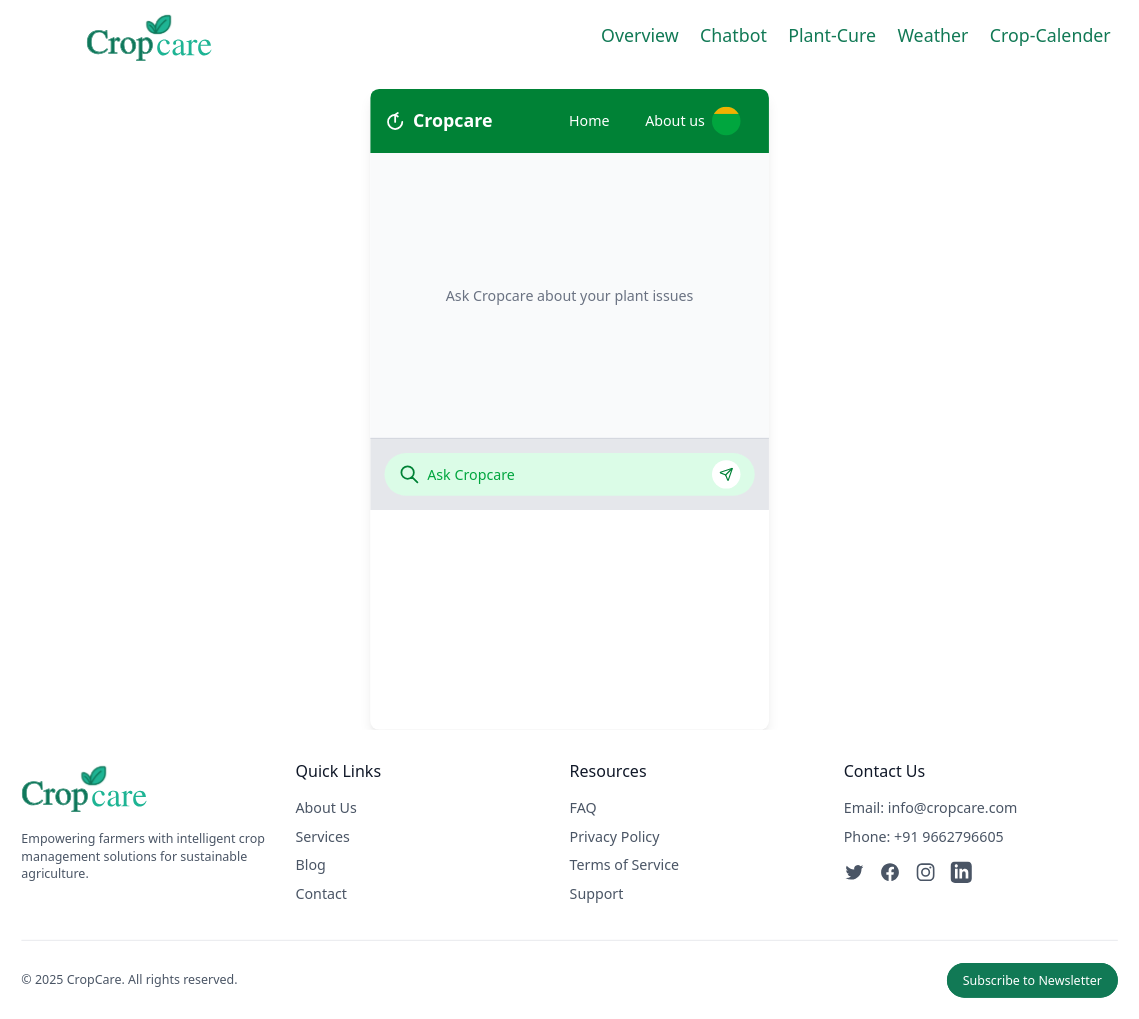
Repository: VishwaaBhavsar/Cropcare
Page: /services/chat
The author's editor kept a copy of each file at every save. The page is drawn from the files as they stood at one save, then again after the next save.
The browser window is 1280 px wide. The pictures show the whole page, at 89% of full size.
The project was rebuilt for these pictures with package versions that can differ from the ones it lists, and the page was loaded fresh each time. The framework's server and built-in components were replaced by stand-ins that run in the browser. Also part of the build but not shown: next.config.mjs, src/components/HeroNav.jsx.

Above is the page before, as saved 2025-04-20 10:26:24.

### src/app/layout.js


import { Geist, Geist_Mono } from "next/font/google";
import "./globals.css";
import HeroNav from "@/components/HeroNav";
import HeroFooter from "@/components/HeroFooter";

const geistSans = Geist({
  variable: "--font-geist-sans",
  subsets: ["latin"],
});

const geistMono = Geist_Mono({
  variable: "--font-geist-mono",
  subsets: ["latin"],
});

export const metadata = {
  title: "Create Next App",
  description: "Generated by create next app",
};

export default function RootLayout({ children }) {
  return (
    <html lang="en">
      <body
        className={`${geistSans.variable} ${geistMono.variable} antialiased`}
      >
        <HeroNav/>
        {children}
        <HeroFooter/>
      </body>
    </html>
  );
}

### src/app/services/layout.js

import HeroFooter from "@/components/HeroFooter";
import Navbar from "@/components/Navbar";



export default function ServiceLayout({ children }) {
  return (

      <>
        <Navbar/>
        {children}

      </>

  );
}

### src/app/services/chat/page.js
import Chat from "@/pages/Chat";

const page = () => {
    return (
        <div>
            <Chat/>
        </div>
    );
}

export default page;

### src/app/globals.css
@import "tailwindcss";


@custom-variant dark (&:is(.dark *));

@theme inline {
  --color-background: var(--background);
  --color-foreground: var(--foreground);
  --font-sans: var(--font-geist-sans);
  --font-mono: var(--font-geist-mono);
  --color-sidebar-ring: var(--sidebar-ring);
  --color-sidebar-border: var(--sidebar-border);
  --color-sidebar-accent-foreground: var(--sidebar-accent-foreground);
  --color-sidebar-accent: var(--sidebar-accent);
  --color-sidebar-primary-foreground: var(--sidebar-primary-foreground);
  --color-sidebar-primary: var(--sidebar-primary);
  --color-sidebar-foreground: var(--sidebar-foreground);
  --color-sidebar: var(--sidebar);
  --color-chart-5: var(--chart-5);
  --color-chart-4: var(--chart-4);
  --color-chart-3: var(--chart-3);
  --color-chart-2: var(--chart-2);
  --color-chart-1: var(--chart-1);
  --color-ring: var(--ring);
  --color-input: var(--input);
  --color-border: var(--border);
  --color-destructive: var(--destructive);
  --color-accent-foreground: var(--accent-foreground);
  --color-accent: var(--accent);
  --color-muted-foreground: var(--muted-foreground);
  --color-muted: var(--muted);
  --color-secondary-foreground: var(--secondary-foreground);
  --color-secondary: var(--secondary);
  --color-primary-foreground: var(--primary-foreground);
  --color-primary: var(--primary);
  --color-popover-foreground: var(--popover-foreground);
  --color-popover: var(--popover);
  --color-card-foreground: var(--card-foreground);
  --color-card: var(--card);
  --radius-sm: calc(var(--radius) - 4px);
  --radius-md: calc(var(--radius) - 2px);
  --radius-lg: var(--radius);
  --radius-xl: calc(var(--radius) + 4px);
  --animate-accordion-down: accordion-down 0.2s ease-out;
  --animate-accordion-up: accordion-up 0.2s ease-out;

  @keyframes accordion-down {
    from {
      height: 0;
    }
    to {
      height: var(--radix-accordion-content-height);
    }
  }

  @keyframes accordion-up {
    from {
      height: var(--radix-accordion-content-height);
    }
    to {
      height: 0;
    }
  }
}

:root {
  --radius: 0.625rem;
  --background: oklch(1 0 0);
  --foreground: oklch(0.141 0.005 285.823);
  --card: oklch(1 0 0);
  --card-foreground: oklch(0.141 0.005 285.823);
  --popover: oklch(1 0 0);
  --popover-foreground: oklch(0.141 0.005 285.823);
  --primary: oklch(0.21 0.006 285.885);
  --primary-foreground: oklch(0.985 0 0);
  --secondary: oklch(0.967 0.001 286.375);
  --secondary-foreground: oklch(0.21 0.006 285.885);
  --muted: oklch(0.967 0.001 286.375);
  --muted-foreground: oklch(0.552 0.016 285.938);
  --accent: oklch(0.967 0.001 286.375);
  --accent-foreground: oklch(0.21 0.006 285.885);
  --destructive: oklch(0.577 0.245 27.325);
  --border: oklch(0.92 0.004 286.32);
  --input: oklch(0.92 0.004 286.32);
  --ring: oklch(0.705 0.015 286.067);
  --chart-1: oklch(0.646 0.222 41.116);
  --chart-2: oklch(0.6 0.118 184.704);
  --chart-3: oklch(0.398 0.07 227.392);
  --chart-4: oklch(0.828 0.189 84.429);
  --chart-5: oklch(0.769 0.188 70.08);
  --sidebar: oklch(0.985 0 0);
  --sidebar-foreground: oklch(0.141 0.005 285.823);
  --sidebar-primary: oklch(0.21 0.006 285.885);
  --sidebar-primary-foreground: oklch(0.985 0 0);
  --sidebar-accent: oklch(0.967 0.001 286.375);
  --sidebar-accent-foreground: oklch(0.21 0.006 285.885);
  --sidebar-border: oklch(0.92 0.004 286.32);
  --sidebar-ring: oklch(0.705 0.015 286.067);
}

.dark {
  --background: oklch(0.141 0.005 285.823);
  --foreground: oklch(0.985 0 0);
  --card: oklch(0.21 0.006 285.885);
  --card-foreground: oklch(0.985 0 0);
  --popover: oklch(0.21 0.006 285.885);
  --popover-foreground: oklch(0.985 0 0);
  --primary: oklch(0.92 0.004 286.32);
  --primary-foreground: oklch(0.21 0.006 285.885);
  --secondary: oklch(0.274 0.006 286.033);
  --secondary-foreground: oklch(0.985 0 0);
  --muted: oklch(0.274 0.006 286.033);
  --muted-foreground: oklch(0.705 0.015 286.067);
  --accent: oklch(0.274 0.006 286.033);
  --accent-foreground: oklch(0.985 0 0);
  --destructive: oklch(0.704 0.191 22.216);
  --border: oklch(1 0 0 / 10%);
  --input: oklch(1 0 0 / 15%);
  --ring: oklch(0.552 0.016 285.938);
  --chart-1: oklch(0.488 0.243 264.376);
  --chart-2: oklch(0.696 0.17 162.48);
  --chart-3: oklch(0.769 0.188 70.08);
  --chart-4: oklch(0.627 0.265 303.9);
  --chart-5: oklch(0.645 0.246 16.439);
  --sidebar: oklch(0.21 0.006 285.885);
  --sidebar-foreground: oklch(0.985 0 0);
  --sidebar-primary: oklch(0.488 0.243 264.376);
  --sidebar-primary-foreground: oklch(0.985 0 0);
  --sidebar-accent: oklch(0.274 0.006 286.033);
  --sidebar-accent-foreground: oklch(0.985 0 0);
  --sidebar-border: oklch(1 0 0 / 10%);
  --sidebar-ring: oklch(0.552 0.016 285.938);
}

@layer base {
  * {
    @apply border-border outline-ring/50;
  }
  body {
    @apply bg-background text-foreground;
  }
}

### src/components/HeroFooter.jsx
import Link from "next/link";

const Footer = () => {
  const currentYear = new Date().getFullYear();

  return (
    <footer className="bg-white dark:bg-gray-800 mt-auto">
      <div className="container mx-auto px-6 py-8">
        <div className="flex flex-col md:flex-row justify-between">
          {/* Logo and company description */}
          <div className="mb-6 md:mb-0 md:w-1/4">
            <Link href="/">
              <img src="/logo.svg" className="h-16 bg-transparent mb-4" alt="CropCare Logo" />
            </Link>
            <p className="text-gray-600 dark:text-gray-300 text-sm">
              Empowering farmers with intelligent crop management solutions for sustainable agriculture.
            </p>
          </div>

          {/* Quick Links */}
          <div className="md:w-1/4 mb-6 md:mb-0">
            <h3 className="text-lg font-medium text-gray-900 dark:text-white mb-4">Quick Links</h3>
            <ul>
              <li className="mb-2">
                <Link href="/about" className="text-gray-600 dark:text-gray-300 hover:text-[#117955] hover:underline">About Us</Link>
              </li>
              <li className="mb-2">
                <Link href="/services" className="text-gray-600 dark:text-gray-300 hover:text-[#117955] hover:underline">Services</Link>
              </li>
              <li className="mb-2">
                <Link href="/blog" className="text-gray-600 dark:text-gray-300 hover:text-[#117955] hover:underline">Blog</Link>
              </li>
              <li className="mb-2">
                <Link href="/contact" className="text-gray-600 dark:text-gray-300 hover:text-[#117955] hover:underline">Contact</Link>
              </li>
            </ul>
          </div>

          {/* Resources */}
          <div className="md:w-1/4 mb-6 md:mb-0">
            <h3 className="text-lg font-medium text-gray-900 dark:text-white mb-4">Resources</h3>
            <ul>
              <li className="mb-2">
                <Link href="/faq" className="text-gray-600 dark:text-gray-300 hover:text-[#117955] hover:underline">FAQ</Link>
              </li>
              <li className="mb-2">
                <Link href="/privacy" className="text-gray-600 dark:text-gray-300 hover:text-[#117955] hover:underline">Privacy Policy</Link>
              </li>
              <li className="mb-2">
                <Link href="/terms" className="text-gray-600 dark:text-gray-300 hover:text-[#117955] hover:underline">Terms of Service</Link>
              </li>
              <li className="mb-2">
                <Link href="/support" className="text-gray-600 dark:text-gray-300 hover:text-[#117955] hover:underline">Support</Link>
              </li>
            </ul>
          </div>

          {/* Contact Info */}
          <div className="md:w-1/4">
            <h3 className="text-lg font-medium text-gray-900 dark:text-white mb-4">Contact Us</h3>
            <p className="text-gray-600 dark:text-gray-300 mb-2">Email: info@cropcare.com</p>
            <p className="text-gray-600 dark:text-gray-300 mb-2">Phone: +91 9662796605</p>
            <div className="flex mt-4">
              <a href="#" className="mr-4 text-gray-600 hover:text-[#117955]">
                <span className="sr-only">Twitter</span>
                <svg className="h-6 w-6" fill="currentColor" viewBox="0 0 24 24">
                  <path d="M8.29 20.251c7.547 0 11.675-6.253 11.675-11.675 0-.178 0-.355-.012-.53A8.348 8.348 0 0022 5.92a8.19 8.19 0 01-2.357.646 4.118 4.118 0 001.804-2.27 8.224 8.224 0 01-2.605.996 4.107 4.107 0 00-6.993 3.743 11.65 11.65 0 01-8.457-4.287 4.106 4.106 0 001.27 5.477A4.072 4.072 0 012.8 9.713v.052a4.105 4.105 0 003.292 4.022 4.095 4.095 0 01-1.853.07 4.108 4.108 0 003.834 2.85A8.233 8.233 0 012 18.407a11.616 11.616 0 006.29 1.84"></path>
                </svg>
              </a>
              <a href="#" className="mr-4 text-gray-600 hover:text-[#117955]">
                <span className="sr-only">Facebook</span>
                <svg className="h-6 w-6" fill="currentColor" viewBox="0 0 24 24">
                  <path fillRule="evenodd" d="M22 12c0-5.523-4.477-10-10-10S2 6.477 2 12c0 4.991 3.657 9.128 8.438 9.878v-6.987h-2.54V12h2.54V9.797c0-2.506 1.492-3.89 3.777-3.89 1.094 0 2.238.195 2.238.195v2.46h-1.26c-1.243 0-1.63.771-1.63 1.562V12h2.773l-.443 2.89h-2.33v6.988C18.343 21.128 22 16.991 22 12z" clipRule="evenodd"></path>
                </svg>
              </a>
              <a href="#" className="mr-4 text-gray-600 hover:text-[#117955]">
                <span className="sr-only">Instagram</span>
                <svg className="h-6 w-6" fill="currentColor" viewBox="0 0 24 24">
                  <path fillRule="evenodd" d="M12.315 2c2.43 0 2.784.013 3.808.06 1.064.049 1.791.218 2.427.465a4.902 4.902 0 011.772 1.153 4.902 4.902 0 011.153 1.772c.247.636.416 1.363.465 2.427.048 1.067.06 1.407.06 4.123v.08c0 2.643-.012 2.987-.06 4.043-.049 1.064-.218 1.791-.465 2.427a4.902 4.902 0 01-1.153 1.772 4.902 4.902 0 01-1.772 1.153c-.636.247-1.363.416-2.427.465-1.067.048-1.407.06-4.123.06h-.08c-2.643 0-2.987-.012-4.043-.06-1.064-.049-1.791-.218-2.427-.465a4.902 4.902 0 01-1.772-1.153 4.902 4.902 0 01-1.153-1.772c-.247-.636-.416-1.363-.465-2.427-.047-1.024-.06-1.379-.06-3.808v-.63c0-2.43.013-2.784.06-3.808.049-1.064.218-1.791.465-2.427a4.902 4.902 0 011.153-1.772A4.902 4.902 0 015.45 2.525c.636-.247 1.363-.416 2.427-.465C8.901 2.013 9.256 2 11.685 2h.63zm-.081 1.802h-.468c-2.456 0-2.784.011-3.807.058-.975.045-1.504.207-1.857.344-.467.182-.8.398-1.15.748-.35.35-.566.683-.748 1.15-.137.353-.3.882-.344 1.857-.047 1.023-.058 1.351-.058 3.807v.468c0 2.456.011 2.784.058 3.807.045.975.207 1.504.344 1.857.182.466.399.8.748 1.15.35.35.683.566 1.15.748.353.137.882.3 1.857.344 1.054.048 1.37.058 4.041.058h.08c2.597 0 2.917-.01 3.96-.058.976-.045 1.505-.207 1.858-.344.466-.182.8-.398 1.15-.748.35-.35.566-.683.748-1.15.137-.353.3-.882.344-1.857.048-1.055.058-1.37.058-4.041v-.08c0-2.597-.01-2.917-.058-3.96-.045-.976-.207-1.505-.344-1.858a3.097 3.097 0 00-.748-1.15 3.098 3.098 0 00-1.15-.748c-.353-.137-.882-.3-1.857-.344-1.023-.047-1.351-.058-3.807-.058zM12 6.865a5.135 5.135 0 110 10.27 5.135 5.135 0 010-10.27zm0 1.802a3.333 3.333 0 100 6.666 3.333 3.333 0 000-6.666zm5.338-3.205a1.2 1.2 0 110 2.4 1.2 1.2 0 010-2.4z" clipRule="evenodd"></path>
                </svg>
              </a>
              <a href="#" className="text-gray-600 hover:text-[#117955]">
                <span className="sr-only">LinkedIn</span>
                <svg className="h-6 w-6" fill="currentColor" viewBox="0 0 24 24">
                  <path d="M19 0h-14c-2.761 0-5 2.239-5 5v14c0 2.761 2.239 5 5 5h14c2.762 0 5-2.239 5-5v-14c0-2.761-2.238-5-5-5zm-11 19h-3v-11h3v11zm-1.5-12.268c-.966 0-1.75-.79-1.75-1.764s.784-1.764 1.75-1.764 1.75.79 1.75 1.764-.783 1.764-1.75 1.764zm13.5 12.268h-3v-5.604c0-3.368-4-3.113-4 0v5.604h-3v-11h3v1.765c1.396-2.586 7-2.777 7 2.476v6.759z"></path>
                </svg>
              </a>
            </div>
          </div>
        </div>

        {/* Bottom copyright */}
        <div className="border-t border-gray-200 dark:border-gray-700 mt-8 pt-8 flex flex-col md:flex-row justify-between items-center">
          <p className="text-sm text-gray-600 dark:text-gray-300">
            © {currentYear} CropCare. All rights reserved.
          </p>
          <div className="mt-4 md:mt-0">
            <Link href="/subscribe" className="font-medium px-4 py-2 text-sm text-white bg-[#117955] rounded-3xl border-[#117955] border-[2px] hover:bg-white hover:text-[#117955]">
              Subscribe to Newsletter
            </Link>
          </div>
        </div>
      </div>
    </footer>
  );
}

export default Footer;

### src/components/Navbar.jsx
// import Link from "next/link";

// const Navbar = () => {

//     return (
//                 <div className=" z-10 flex flex-row bg-white dark:bg-gray-800 sticky top-0 left-0 right-0 h-20 items-center justify-between p-5">
//                     <Link href='/'><img src={'/logo.svg'} className="h-16 bg-transparent ml-[6vw]"/></Link>
//                     <div>
//                         <Link href='/services' className="text-[#117955] hover:text-[#20B297] text-xl font-medium mx-3">Overview</Link>
//                         <Link href='/services/chat' className="text-[#117955] hover:text-[#20B297] text-xl font-medium mx-3">Chatbot</Link>
//                         <Link href='/services/cure' className="text-[#117955] hover:text-[#20B297] text-xl font-medium mx-3">Plant-Cure</Link>
//                         <Link href='/services/weather' className="text-[#117955] hover:text-[#20B297] text-xl font-medium mx-3">Weather</Link>
//                      </div>
//                 </div>
//             );
//         }
// export default Navbar;

'use client'
import Link from "next/link";
import { usePathname } from "next/navigation";
const Navbar = () => {
    const location = usePathname();
    const isHome = location!='/services';
    return (
        <div className=" z-10 flex flex-row bg-white dark:bg-gray-800 sticky top-0 left-0 right-0 h-20 items-center justify-between p-5">
            <Link href='/'><img src={'/logo.svg'} className="h-16 bg-transparent ml-[6vw]" /></Link>
            <div>

                <Link href='/services' className="text-[#117955] hover:text-[#20B297] text-xl font-medium mx-3">Overview</Link>
            {isHome &&
            <>
                <Link href='/services/chat' className="text-[#117955] hover:text-[#20B297] text-xl font-medium mx-3">Chatbot</Link>
                <Link href='/services/cure' className="text-[#117955] hover:text-[#20B297] text-xl font-medium mx-3">Plant-Cure</Link>
                <Link href='/services/weather' className="text-[#117955] hover:text-[#20B297] text-xl font-medium mx-3">Weather</Link>
                <Link href='/services/calendar' className="text-[#117955] hover:text-[#20B297] text-xl font-medium mx-3">Crop-Calender</Link>
            </>
            }
            </div>
        </div>
    );
}
export default Navbar;

### src/pages/Chat.jsx
"use client";

import { useState, useRef, useEffect } from 'react';
import { Send } from 'lucide-react';

const Chat = () => {
    const [message, setMessage] = useState('');
    const [chatHistory, setChatHistory] = useState([]);
    const [isLoading, setIsLoading] = useState(false);
    const chatContainerRef = useRef(null);

    // Scroll to bottom of chat whenever history changes
    useEffect(() => {
        if (chatContainerRef.current) {
            chatContainerRef.current.scrollTop = chatContainerRef.current.scrollHeight;
        }
    }, [chatHistory]);

    const handleSendMessage = () => {
        if (!message.trim()) return;

        // Add user message to chat history
        setChatHistory(prev => [...prev, { type: 'user', content: message }]);

        // Clear input field
        setMessage('');

        // Simulate response (replace with your actual API call)
        setIsLoading(true);
        setTimeout(() => {
            // This is where you would integrate your actual chatbot API
            setChatHistory(prev => [...prev, {
                type: 'bot',
                content: "This is a sample response. Connect your actual chatbot API here."
            }]);
            setIsLoading(false);
        }, 1000);
    };

    return (
        <div className="w-full max-w-md mx-auto rounded-lg overflow-hidden shadow-lg min-h-screen mt-5 bg-white">
            {/* Chat Header */}
            <div className="bg-green-700 text-white p-4 flex items-center">
                <div className="text-xl font-bold flex items-center">
                    <svg viewBox="0 0 24 24" className="h-6 w-6 mr-2" fill="none" xmlns="http://www.w3.org/2000/svg">
                        <path d="M12 5C7.58172 5 4 8.58172 4 13C4 17.4183 7.58172 21 12 21C16.4183 21 20 17.4183 20 13" stroke="currentColor" strokeWidth="2" strokeLinecap="round"/>
                        <path d="M15 3L12 5L15 7" stroke="currentColor" strokeWidth="2" strokeLinecap="round" strokeLinejoin="round"/>
                        <path d="M12 5V13" stroke="currentColor" strokeWidth="2" strokeLinecap="round"/>
                    </svg>
                    Cropcare
                </div>
                <div className="ml-auto flex space-x-2">
                    <button className="text-white px-4 py-1 rounded">Home</button>
                    <button className="text-white px-4 py-1 rounded flex items-center">
                        About us
                        <div className="h-8 w-8 rounded-full bg-green-600 ml-2 overflow-hidden">
                            <div className="bg-yellow-500 h-2 w-8"></div>
                        </div>
                    </button>
                </div>
            </div>

            {/* Chat Messages */}
            <div
                ref={chatContainerRef}
                className="h-80 p-4 overflow-y-auto bg-gray-50"
            >
                {chatHistory.length === 0 ? (
                    <div className="flex justify-center items-center h-full">
                        <p className="text-gray-500">Ask Cropcare about your plant issues</p>
                    </div>
                ) : (
                    chatHistory.map((chat, index) => (
                        <div key={index} className={`mb-4 ${chat.type === 'user' ? 'text-right' : ''}`}>
                            <div
                                className={`inline-block p-3 rounded-lg max-w-xs md:max-w-md ${
                                    chat.type === 'user'
                                        ? 'bg-green-100 text-green-800'
                                        : 'bg-green-700 text-white'
                                }`}
                            >
                                {chat.content}
                            </div>
                        </div>
                    ))
                )}
                {isLoading && (
                    <div className="flex justify-start mb-4">
                        <div className="bg-green-700 text-white p-3 rounded-lg">
                            <div className="flex space-x-2">
                                <div className="w-2 h-2 rounded-full bg-white animate-bounce"></div>
                                <div className="w-2 h-2 rounded-full bg-white animate-bounce" style={{animationDelay: '0.2s'}}></div>
                                <div className="w-2 h-2 rounded-full bg-white animate-bounce" style={{animationDelay: '0.4s'}}></div>
                            </div>
                        </div>
                    </div>
                )}
            </div>

            {/* Chat Input */}
            <div className="p-4 bg-gray-200 border-t border-gray-300">
                <div className="flex items-center bg-green-100 rounded-full px-4 py-2">
                    <svg className="w-6 h-6 text-green-700 mr-2" fill="none" stroke="currentColor" viewBox="0 0 24 24" xmlns="http://www.w3.org/2000/svg">
                        <path strokeLinecap="round" strokeLinejoin="round" strokeWidth="2" d="M21 21l-6-6m2-5a7 7 0 11-14 0 7 7 0 0114 0z"></path>
                    </svg>
                    <input
                        type="text"
                        value={message}
                        onChange={(e) => setMessage(e.target.value)}
                        onKeyPress={(e) => e.key === 'Enter' && handleSendMessage()}
                        placeholder="Ask Cropcare"
                        className="flex-1 bg-transparent outline-none text-green-800 placeholder-green-600"
                    />
                    <button
                        onClick={handleSendMessage}
                        className="ml-2 bg-white rounded-full p-2 text-green-700 hover:bg-green-50"
                    >
                        <Send size={16} />
                    </button>
                </div>
            </div>
        </div>
    );
};

export default Chat;

After the next save:
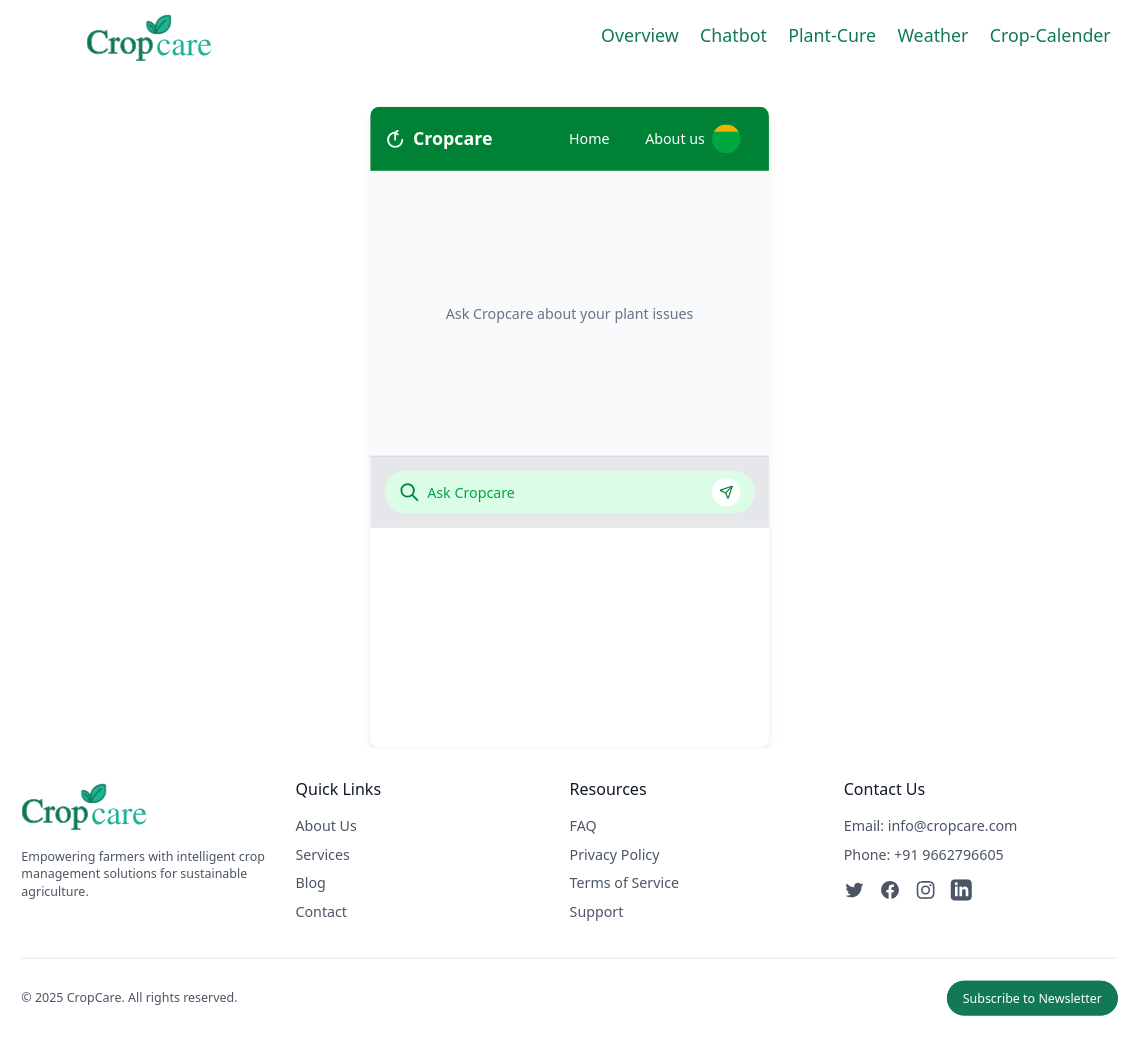
Saved 4 s later.
--- a/src/pages/Chat.jsx
+++ b/src/pages/Chat.jsx
@@ -38,7 +38,7 @@ const Chat = () => {
     };
 
     return (
-        <div className="w-full max-w-md mx-auto rounded-lg overflow-hidden shadow-lg min-h-screen mt-5 bg-white">
+        <div className="w-full max-w-md mx-auto rounded-lg overflow-hidden shadow-lg min-h-screen mt-10 bg-white">
             {/* Chat Header */}
             <div className="bg-green-700 text-white p-4 flex items-center">
                 <div className="text-xl font-bold flex items-center">
